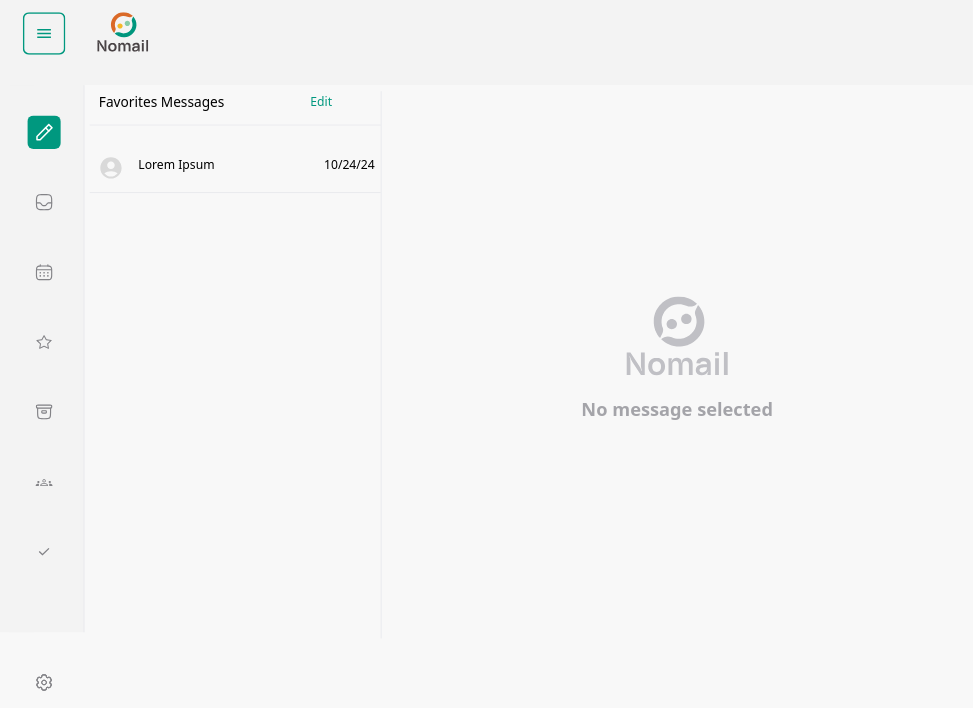
Repository: Tofigkh1/Nomail-Project
Page: /archive (app in client/)
An editor plug-in stored every save of this project. The page is shown before and after a run of saves, followed by the edit.
The browser window is 1280 px wide. The pictures show the whole page, at 76% of full size.
The project was rebuilt for these pictures with package versions that can differ from the ones it lists, and the page was loaded fresh each time. The framework's server and built-in components were replaced by stand-ins that run in the browser. Also part of the build but not shown: client/next.config.mjs, client/components/shared/svg/calendarActiveSvg.jsx, client/components/shared/svg/FavoritesActiveSvg.jsx.

Above is the page before, as saved 2024-10-30 04:56:02.

After the next 3 saves:
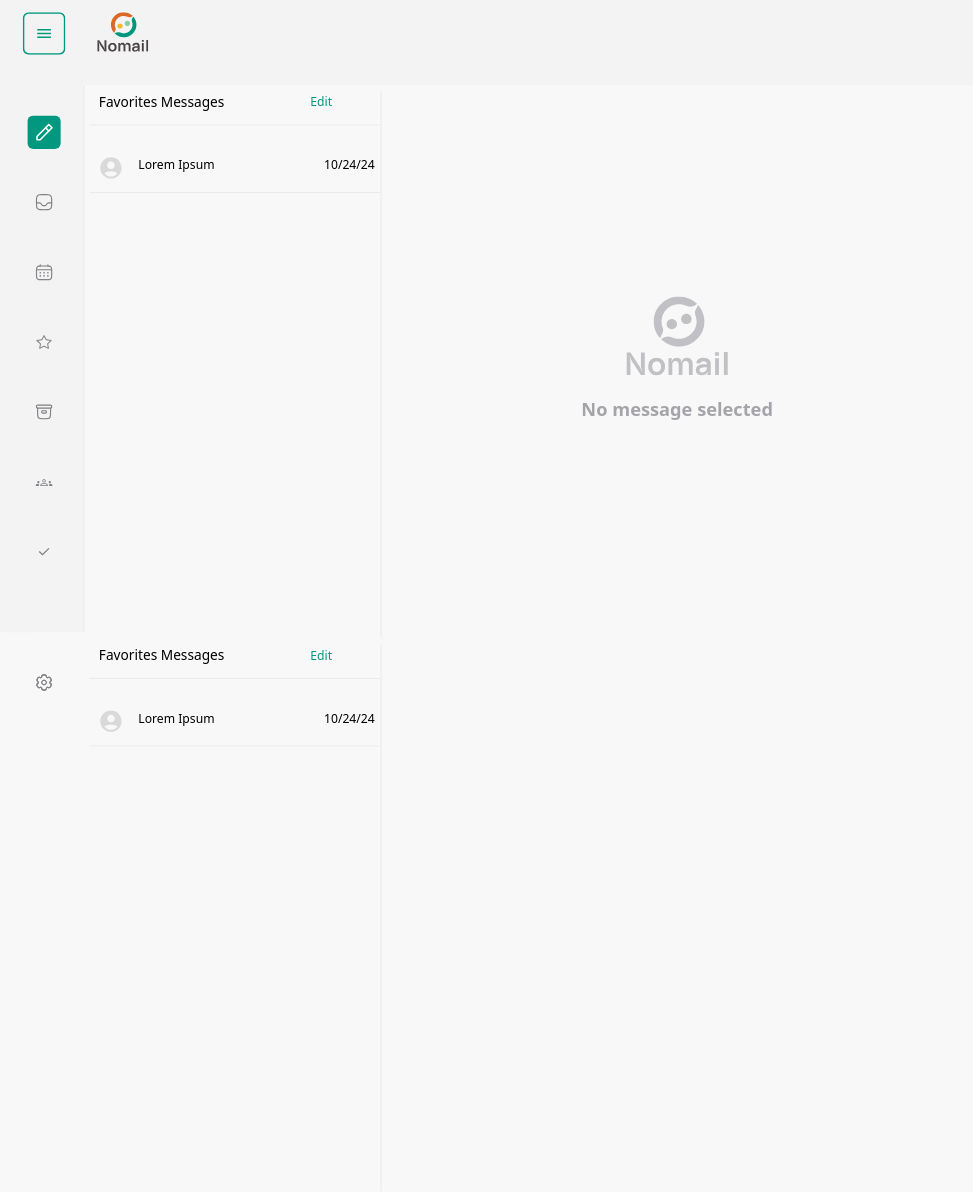
The 3 saves are shown as one change because 1 did not build or start and some came seconds apart.
The last was saved 12 s later.
--- a/client/components/shared/client/archiveMessage/index.tsx
+++ b/client/components/shared/client/archiveMessage/index.tsx
@@ -7,7 +7,7 @@ export default function ArchiveMessage() {
     return (
         <>
 
-        <div></div>
+        <div>
             <div className='w-96 h-screen border-r border-whiteLight3 '>
 
 
@@ -49,6 +49,46 @@ export default function ArchiveMessage() {
             </div>
 
 
+            <div className='w-96 h-screen border-r border-whiteLight3 '>
+
+
+
+
+
+
+
+           <div className='flex text-textColGreen font-medium justify-between mt-2'>
+           <h1 className="text-black ml-3 text-lg">Favorites Messages</h1>
+               <button className=" mr-16">Edit</button>
+           </div>
+           <div className="border-b border-whiteLight3 mt-4 w-full"></div>
+
+           <div className=" mt-10">
+
+               <div className=" flex gap-36 ml-3">
+
+
+
+           <div className=" flex gap-5">
+           <ProfileSvg/>
+           <h1>Lorem Ipsum</h1>
+
+           </div>
+
+           <div>
+           <h1 className="">10/24/24</h1>
+           </div>
+
+           </div>
+
+
+
+           </div>
+           <div className="border-b border-whiteLight3 mt-4 w-full">
+
+</div>
+       </div>
+           </div>
         </>
     );
 }
